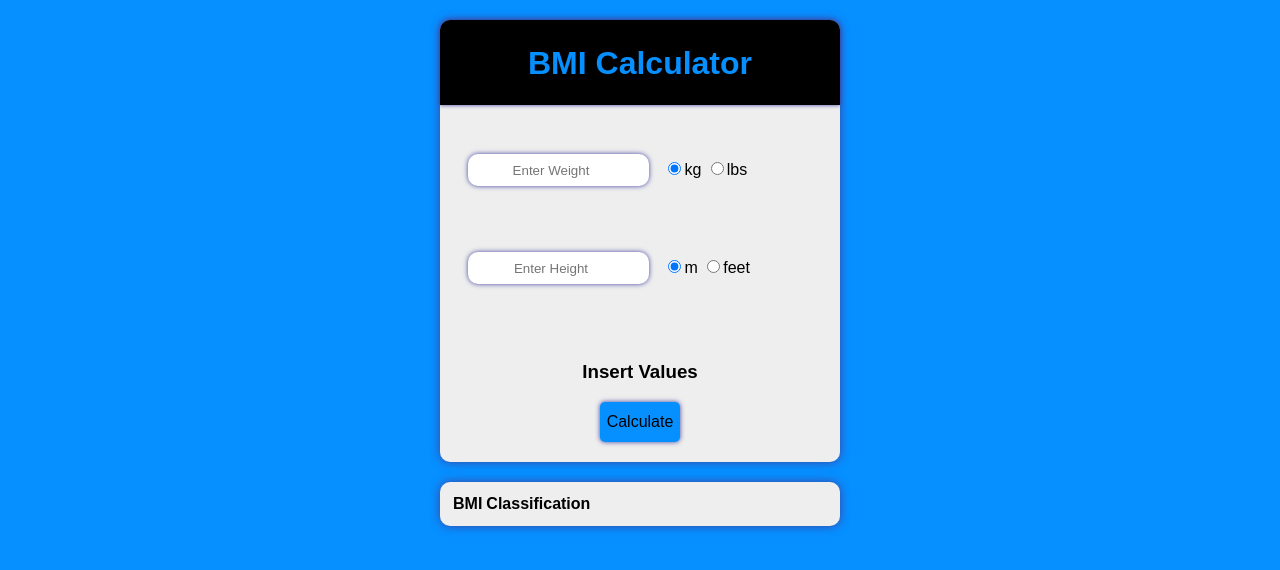
Repository: shayanabedi98/bmi-calculator
Page: index.html
These files come from the project's save history. The page is drawn as it stood at one moment and after the next save; the edit follows.
The browser window is 1280 px wide. The pictures show the whole page.

Above is the page before, as saved 2023-07-24 16:03:31.

### index.html
<!DOCTYPE html>
<html lang="en">
<head>
    <meta charset="UTF-8">
    <meta name="viewport" content="width=device-width, initial-scale=1.0">
    <title>BMI Calculator</title>
    <link rel="stylesheet" href="styles.css">
</head>
<body>
    <div class="container">
        <div class="card">
            <div class="bmi-calculator">
                <h1>BMI Calculator</h1>
                <div class="weight">
                    <input type="number" placeholder="Enter Weight">
                    <input type="radio" name="weight" checked><span>kg</span>
                    <input type="radio" name="weight"><span>lbs</span>
                </div>
                <div class="height">
                    <input type="number" placeholder="Enter Height">
                    <input type="radio" name="height" checked><span>m</span>
                    <input type="radio" name="height"><span>feet</span>
                </div>
                <div class="result">
                    <h3>Insert Values</h3>
                    <button class="calculate">Calculate</button>
                </div>
            </div>
        </div>
        <div class="card chart">
            <div class="bmi-chart">
                <table>
                    <tr align="center">
                        <th>BMI</th>
                        <th>Classification</th>
                    </tr>
                </table>
            </div>
        </div>
    </div>
    <script src="index.js"></script>
</body>
</html>

### styles.css
body {
    background-color: #068FFF;
    font-family: sans-serif;
    text-align: center;
    padding: 0;
    margin: 0;
}

h1 {
    margin-top: 0;
    background-color: #000000;
    color: #068FFF;
    border-radius: 10px 10px 0 0;
    height: 60px;
    padding-top: 25px;
    box-shadow: 0 0 4px 0 #4141a0;
}

.container {
    display: inline-block;
}

.card {
    background-color: #EEEEEE;
    width: 400px;
    border-radius: 10px;
    margin-left: auto;
    margin-top: 5%;
    box-shadow: 0 0 10px 0 #4141a0;
}

.chart {
    padding: 10px;
    width: 380px;
}

.weight {
    display: block;
    text-align: start;
    padding: 7%;
}

.height {
    display: block;
    text-align: start;
    padding: 7%;
}

input[type='number'] {
    display: inline-block;
    text-align: center;
    margin-bottom: 10px;
    margin-right: 10px;
    height: 30px;
    border-radius: 10px;
    border: none;
    box-shadow: 0 0 5px 0 #4141a0;
}

input[type='radio'] {
    margin-bottom: 20px;
}

.result {
    padding: 5%;
}

.result button {
    background-color: #068FFF;
    height: 40px;
    width: 80px;
    border-radius: 5px;
    border: none;
    box-shadow: 0 0 5px 0 #4141a0;
    cursor: pointer;
    font-size: 16px;
}

Loaded but not shown: index.js (no copy from this time; the picture is the same without it)

After the next save:
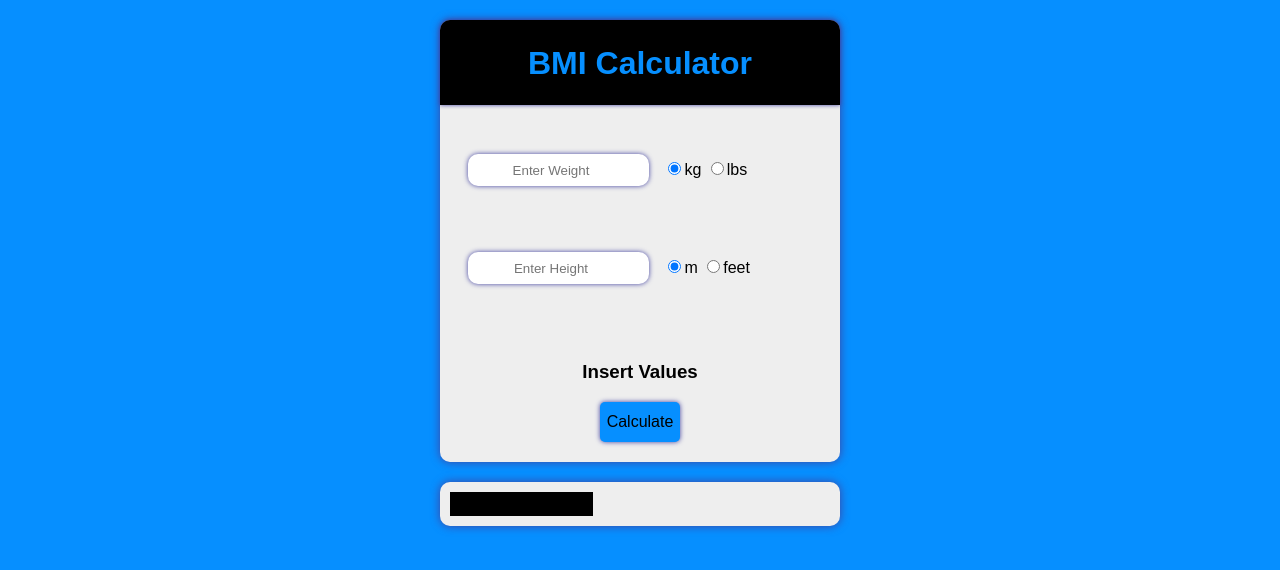
Saved 14 min 7 s later.
--- a/index.html
+++ b/index.html
@@ -29,7 +29,7 @@
         </div>
         <div class="card chart">
             <div class="bmi-chart">
-                <table>
+                <table bgcolor='black'>
                     <tr align="center">
                         <th>BMI</th>
                         <th>Classification</th>
